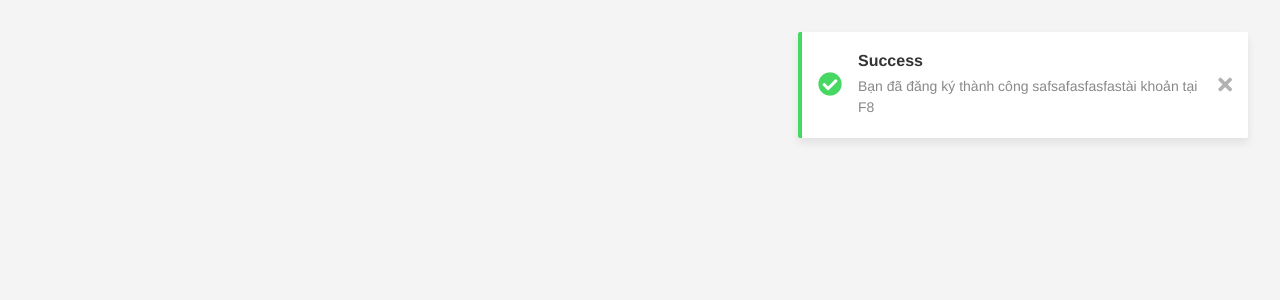
Repository: vuongtm1999/Toast_Message
Page: toast-message.html
An editor plug-in stored every save of this project. The page is shown before and after the next save, followed by the edit.
The browser window is 1280 px wide. The pictures show the whole page.

Above is the page before, as saved 2022-09-01 12:58:51.

After the next save:
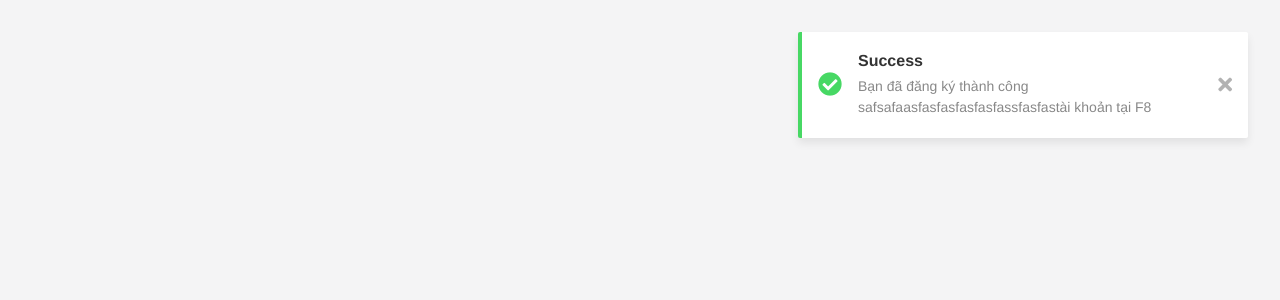
Saved 6 s later.
--- a/toast-message.html
+++ b/toast-message.html
@@ -22,7 +22,7 @@
             </div>
             <div class="toast__body">
               <h3 class="toast__title">Success</h3>
-              <p class="toast__msg">Bạn đã đăng ký thành công safsafasfasfastài khoản tại F8</p>
+              <p class="toast__msg">Bạn đã đăng ký thành công safsafaasfasfasfasfasfassfasfastài khoản tại F8</p>
             </div>
             <div class="toast__close">
               <i class="fas fa-times"></i>
